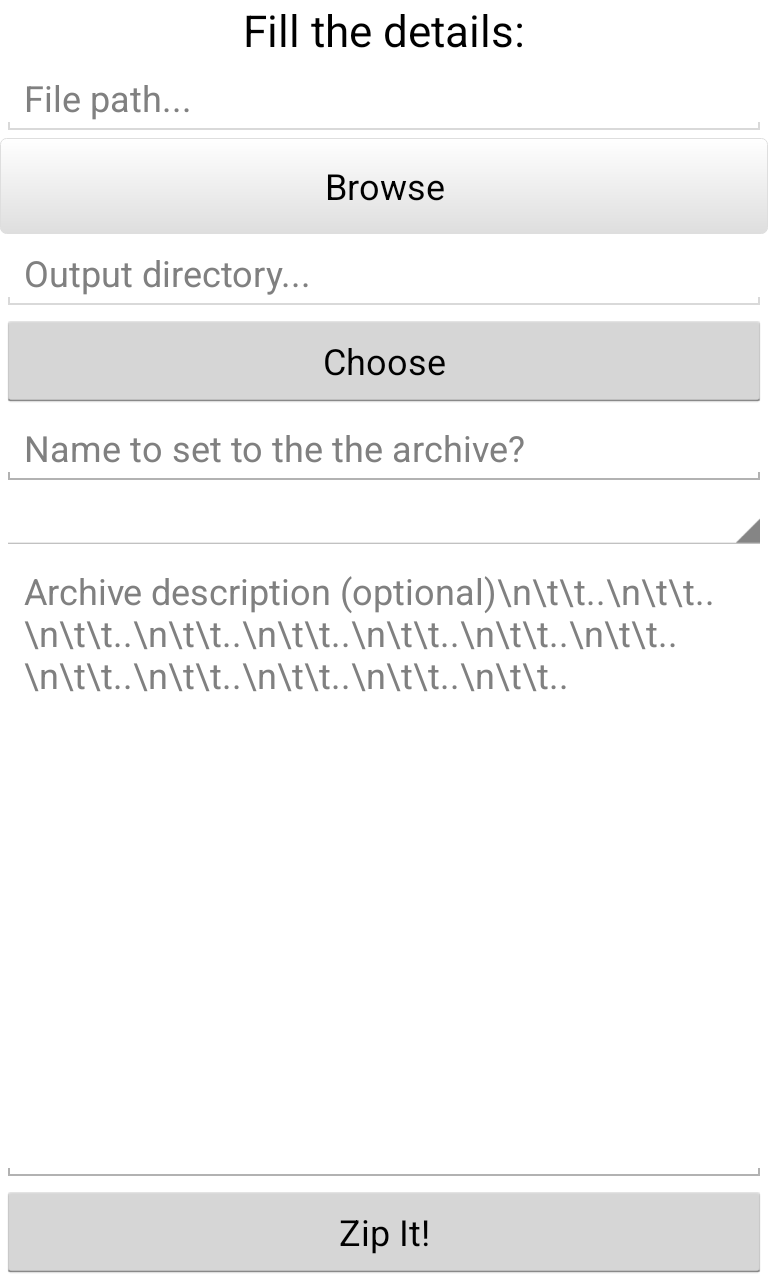
Repository: ya-ivanov/Android-Projects
Layout: Android Projects (OLD)/Zip It!/ZipIt/res/layout/activity_main.xml
These files come from the project's save history. The layout is drawn as it stood at one moment and after the next save; the edit follows.
It is drawn on a 768 x 1280 px phone screen (xhdpi) without system bars, with theme AppTheme; the app's code is not run.

Above is the layout before, as saved 2013-12-12 18:47:55.

### Android Projects (OLD)/Zip It!/ZipIt/res/layout/activity_main.xml
<LinearLayout xmlns:android="http://schemas.android.com/apk/res/android"
    android:layout_width="fill_parent"
    android:layout_height="fill_parent"
    android:orientation="vertical" >

    <TextView
        android:id="@+id/textView1"
        android:layout_width="match_parent"
        android:layout_height="wrap_content"
        android:gravity="center_horizontal"
        android:text="Fill the details:"
        android:textAppearance="?android:attr/textAppearanceLarge" />

    <EditText
        android:id="@+id/files"
        android:layout_width="match_parent"
        android:layout_height="wrap_content"
        android:ems="10"
        android:enabled="false"
        android:hint="File path..."
        android:singleLine="true" />

    <Button
        android:id="@+id/browse"
        android:layout_width="match_parent"
        android:layout_height="wrap_content"
        android:background="@drawable/button_bg"
        android:text="Browse" />

    <EditText
        android:id="@+id/endDir"
        android:layout_width="match_parent"
        android:layout_height="wrap_content"
        android:ems="10"
        android:enabled="false"
        android:hint="Output directory..."
        android:singleLine="true" />

    <Button
        android:id="@+id/choose"
        android:layout_width="match_parent"
        android:layout_height="wrap_content"
        android:text="Choose" />

    <LinearLayout
        android:layout_width="match_parent"
        android:layout_height="wrap_content" >

        <EditText
            android:id="@+id/archiveName"
            android:layout_width="match_parent"
            android:layout_height="wrap_content"
            android:layout_weight="1"
            android:ems="10"
            android:hint="Name to set to the the archive?"
            android:singleLine="true" />

    </LinearLayout>

    <Spinner
        android:id="@+id/spinner"
        android:layout_width="fill_parent"
        android:layout_height="wrap_content" />

    <EditText
        android:id="@+id/desk"
        android:layout_width="match_parent"
        android:layout_height="wrap_content"
        android:layout_weight="1"
        android:ems="10"
        android:hint="Archive description (optional)\n\t\t..\n\t\t..\n\t\t..\n\t\t..\n\t\t..\n\t\t..\n\t\t..\n\t\t..\n\t\t..\n\t\t..\n\t\t..\n\t\t..\n\t\t.."
        android:gravity="top" >

    </EditText>

    <Button
        android:id="@+id/button1"
        android:layout_width="match_parent"
        android:layout_height="wrap_content"
        android:text="Zip It!" />

</LinearLayout>

### Android Projects (OLD)/Zip It!/ZipIt/res/drawable-hdpi/button_bg.xml
<?xml version="1.0" encoding="utf-8"?>
<shape xmlns:android="http://schemas.android.com/apk/res/android"
  android:shape="rectangle">
  <gradient android:startColor="#FFFFFF"
    android:endColor="#dedede"
    android:angle="270" />
  <corners android:radius="3dp" />
  <stroke android:width="1px" android:color="#dedede" />
</shape>

Loaded but not shown: Android Projects (OLD)/Zip It!/ZipIt/res/values/styles.xml (common file); Android Projects (OLD)/Zip It!/ZipIt/res/values-v11/styles.xml (common file); Android Projects (OLD)/Zip It!/ZipIt/res/values-v14/styles.xml (common file)

After the next save:
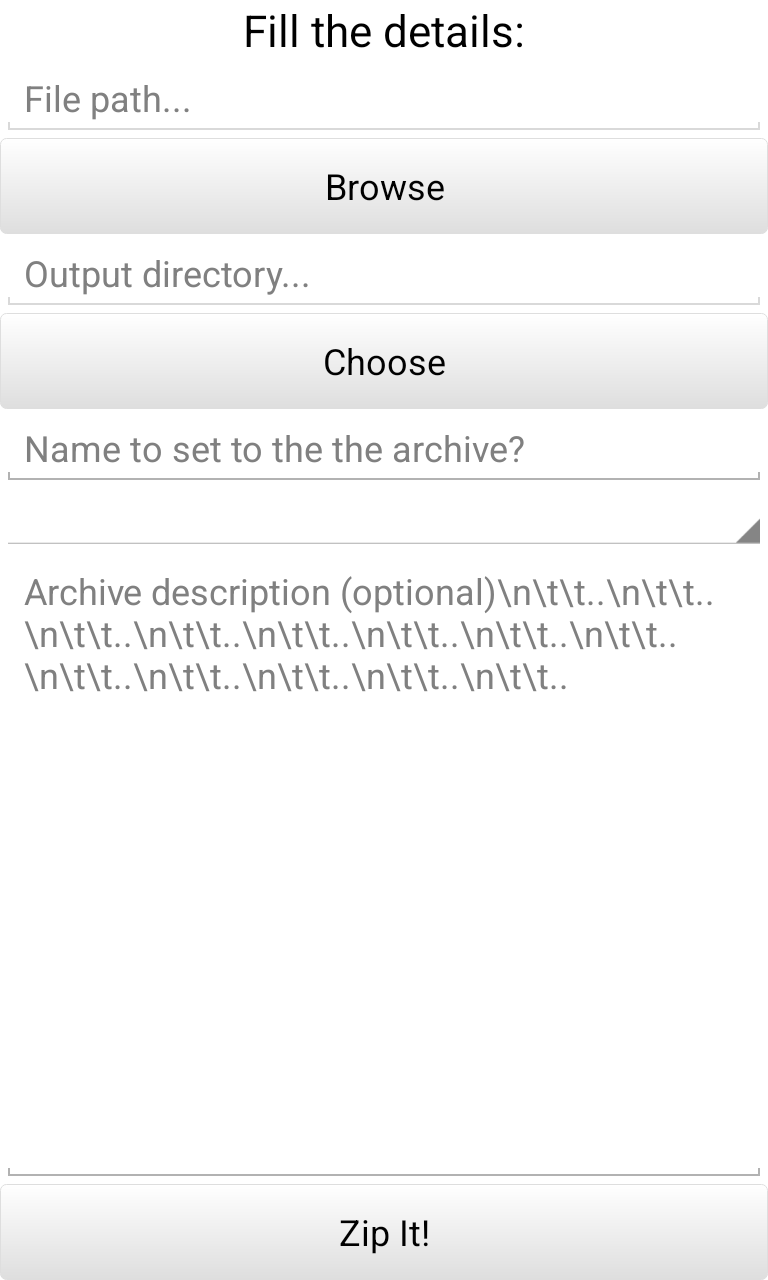
Saved 41 s later.
--- a/Android Projects (OLD)/Zip It!/ZipIt/res/layout/activity_main.xml
+++ b/Android Projects (OLD)/Zip It!/ZipIt/res/layout/activity_main.xml
@@ -33,6 +33,7 @@
         android:layout_height="wrap_content"
         android:ems="10"
         android:enabled="false"
+
         android:hint="Output directory..."
         android:singleLine="true" />
 
@@ -40,6 +41,7 @@
         android:id="@+id/choose"
         android:layout_width="match_parent"
         android:layout_height="wrap_content"
+        android:background="@drawable/button_bg"
         android:text="Choose" />
 
     <LinearLayout
@@ -77,6 +79,7 @@
         android:id="@+id/button1"
         android:layout_width="match_parent"
         android:layout_height="wrap_content"
+        android:background="@drawable/button_bg"
         android:text="Zip It!" />
 
 </LinearLayout>
